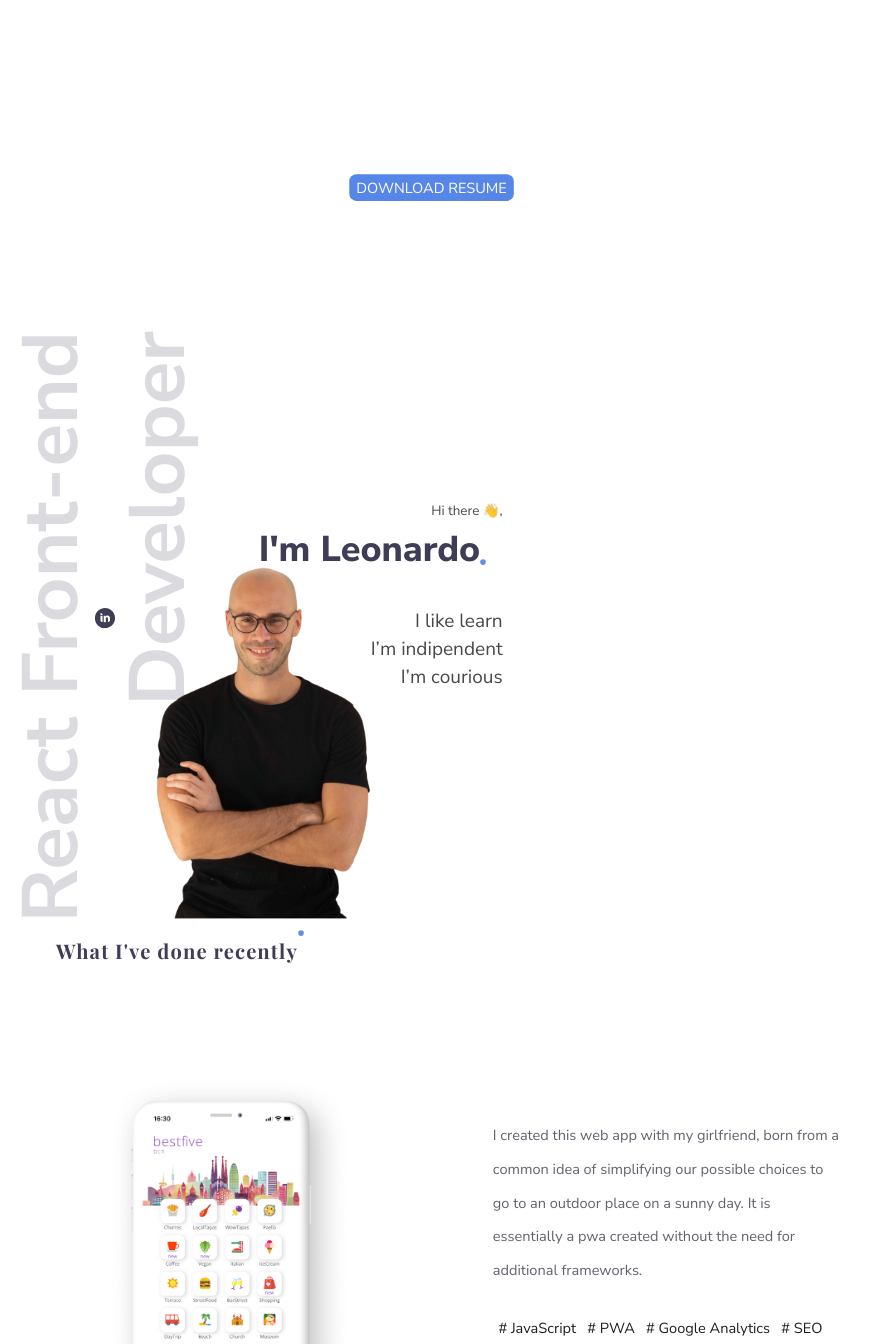
Repository: Easaaa/Portfolio-2020
Page: index.html
The author's editor kept a copy of each file at every save. The page is drawn from the files as they stood at one save, then again after the next save.
The browser window is 1280 px wide. The pictures show the part of the page from y = 0 to 1920 px (the page is 7011 px tall before and 6511 px after), at 70% of full size.
The style sheet was rebuilt from its Sass, Less or Tailwind sources for each picture, by a compiler version that may differ from the author's.

Above is the page before, as saved 2020-02-28 14:09:25.

After the next save:
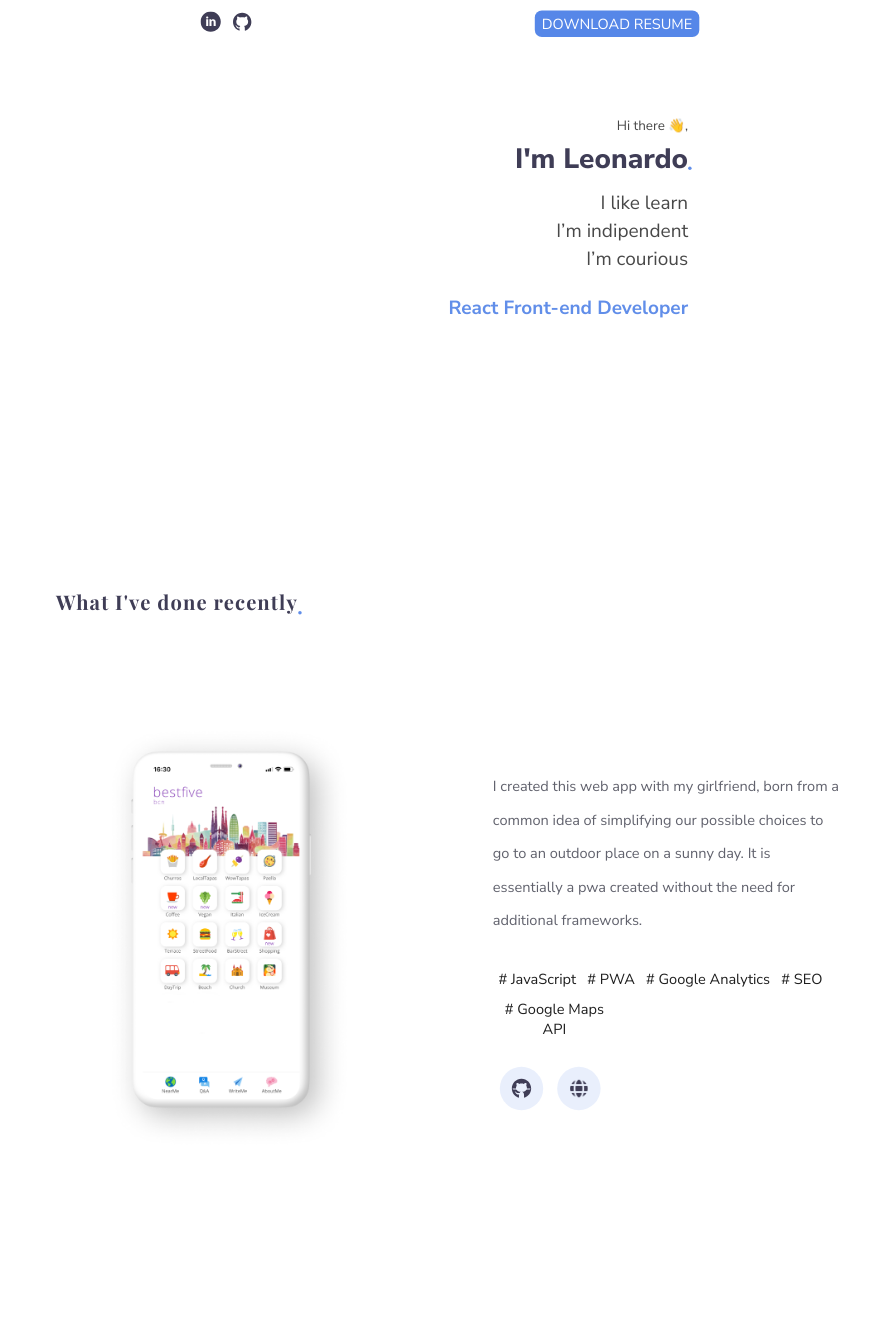
Saved 65 s later.
--- a/stylesheets/scss/main.scss
+++ b/stylesheets/scss/main.scss
@@ -411,95 +411,20 @@
 }
 
 @media only screen and (min-width: 1000px) {
-  h2 {
-    &:after {
-      bottom: 2.5rem;
-      width: 8px;
-      height: 8px;
-    }
-  }
-
-  nav {
-    position: initial;
-    font-size: 1.2rem;
-    width: 100%;
-    text-align: center;
-
-    .hamb-img {
-      display: none;
-    }
-
-    ul {
-      text-align: center;
-
-      li {
-        margin: 10px 30px;
-        cursor: pointer;
-        color: #3f3d56;
-        font-weight: bold;
-      }
-
-      .hidden {
-        display: inline-block;
-      }
-    }
-  }
+
 
   .image-me-mobile {
     display: none;
   }
 
-  header {
-    margin: 12em 0;
-    padding: 0;
-    position: relative;
-
-    img {
-      margin: 0;
-      position: absolute;
-      bottom: 0;
-      left: 130px;
-    }
-
-    h4 {
-      font-size: 7rem;
-      position: absolute;
-      transform: rotate(-90deg);
-      left: -450px;
-      top: 38%;
-      color: #3f3d5630;
-    }
-
-    .content-header {
-      padding: 0;
-      height: 700px;
-      max-width: 1300px;
-      margin: 0 0 0 auto;
-    }
-
-    .image-me-desktop {
-      display: inline-block;
-    }
-
-    .text-header-col {
-      padding: 5em 0;
-
-      .socials-header {
-        display: none;
-      }
-
-      h1 {
-        padding: 0 4rem 2rem 0;
-        font-size: 3.2rem;
-
-        &:after {
-          bottom: 2.8rem;
-          width: 8px;
-          height: 8px;
-        }
-      }
-    }
-  }
+
+
+
+  .image-me-desktop {
+    display: inline-block;
+  }
+
+
 
   .works-section {
     padding: 12rem 5rem;
